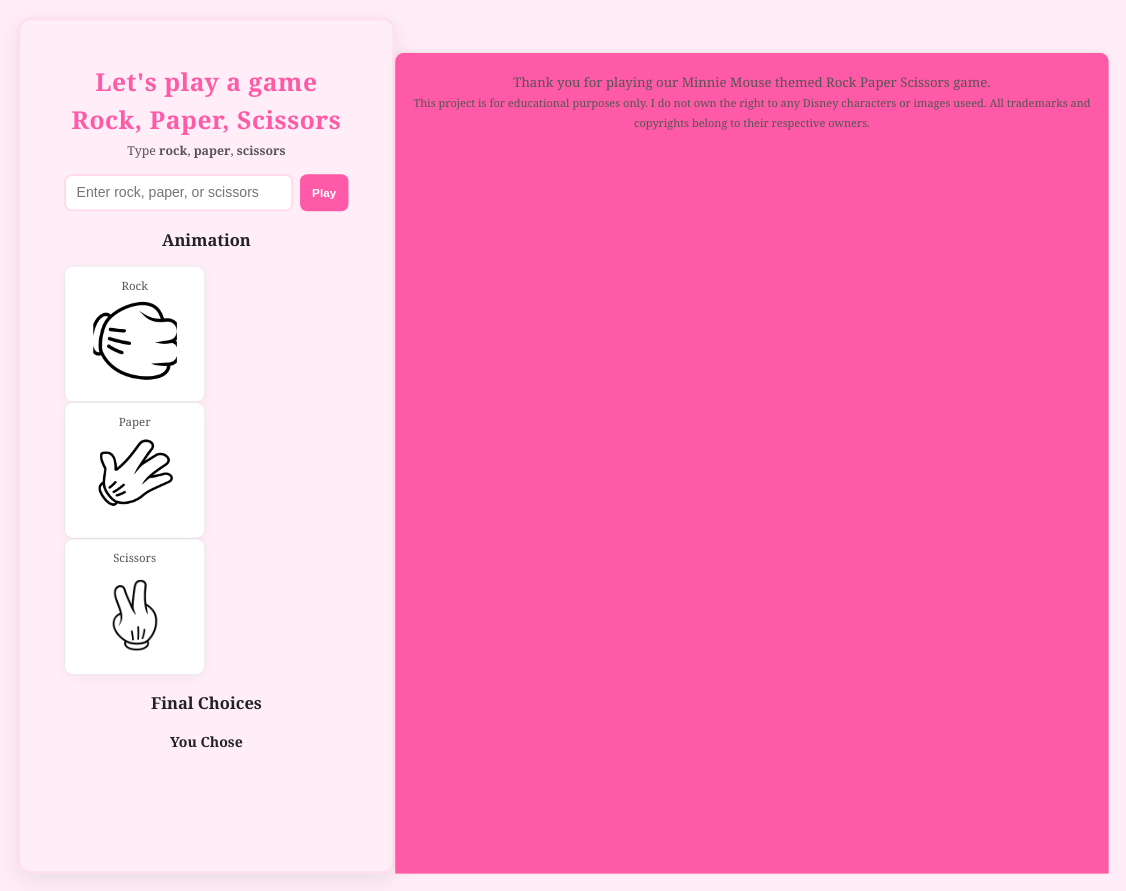
Repository: brittanyramirez/RPS-Game
Page: rps.html
An editor plug-in stored every save of this project. The page is shown before and after the next save, followed by the edit.
The browser window is 1280 px wide. The pictures show the whole page, at 88% of full size.

Above is the page before, as saved 2025-11-14 18:43:30.

### rps.html
<!DOCTYPE html>
<html lang="en">
<head>
    <meta charset="UTF-8">
    <meta name="viewport" content="width=device-width, initial-scale=1.0">
    <link rel="stylesheet" href="rps.css">
    <title>Rock Paper Scissor Game</title>

</head>
<body>
    <!-- This is the main container that holds the whole game-->
    <div class="page-center">
        <div class="container">

         <h1 class="title">Let's play a game</h1>
         <h2 class="title">Rock, Paper, Scissors</h2>

         <!--instructions-->
         <p class="subtitle"> Type <strong>rock</strong>, <strong>paper</strong>, <strong>scissors</strong></p>

         <!-- this is the input box-->
         <div class="input-row">
            <input id="userInput" type="text" placeholder="Enter rock, paper, or scissors" autocomplete="off">
            <button id="playBtn"> Play</button>
    </div>
  <!-- animation section-->
   <h3 class="section-title">Animation</h3>
   <div class="display-row">

        <!--rock image-->
        <div class="choice-block">
            <div class="label">Rock</div>
            <img id="rock" class="choice-img" src="images/rockmickey.png" alt="rock">
        </div>

        <!--paper image-->
     <div class="choice-block">
            <div class="label">Paper</div>
            <img id="paper" class="choice-img" src="images/paperminnie.png" alt="paper">
    </div>

        <!--scissors image-->
        <div class="choice-block">
            <div class="label">Scissors</div>
            <img id="scissors" class="choice-img" src="images/scissorsminnie.png" alt="scissors">
        </div>
<!--final result images-->
<h3 class="section-title">Final Choices</h3>
<div class="result-row">
    <div class="result-box">
        <h4>You Chose</h4>
        <img id="user-final-img" class="final-img" src="" alt="">
    </div>



</div> <!--end of display row-->

</div>  <!--end of container-->
</div> <!--end of page-center-->
<script src="rps.js"></script>

     <footer class="site-footer">
Thank you for playing our Minnie Mouse themed Rock Paper Scissors game. <br> <small>
    This project is for educational purposes only. I do not own the right to any Disney characters or images useed. All trademarks and copyrights belong to their respective owners.
</small>
</footer>
    </body>

</html>

### rps.css
:root{
    --bg: #fff6fb;
    --card: #ffeef8;
    --accent: #ff5aa7;
    --text: #222;
    --muted: #565454;
}
*{box-sizing:border-box}
/* asterisk= universal selector ; applying this to every element on the entire page---- changes how width and height are calculated for all elements. Prevents from elements from accidentally growing bigger
*/

body{
    margin: 0;
    font-family: Cambria, Cochin, Georgia, Times, 'Times New Roman', serif;
    background: var(--card);
    color:var(--text);
    display: block;
    min-height: 100vh;
    padding: 20px;
}

.page-center{
    display: flex;
    justify-content: center;
    width: 100%;
}
.container{
    width: 600px;
    max-width: 90%;
    background: var(--card);
    border-radius: 14px;
    padding: 50px;
    box-shadow: 0 8px 30px rgba(0,0,0,0.08);
    text-align: center;
    border: 3px solid rgba(255,90,167,0.1);
}
.title{
    margin: 0 0 6px;
    font-size: 28px;
    letter-spacing: 0.6px;
    color:var(--accent);
}

.subtitle{
    margin: 0 0 18px;
    color:var(--muted);
    font-size:14px;
}

.input-row{
    display:flex;
    gap:8px;
    justify-content: center;
    margin-bottom:18px;
}

input#userInput{
    flex:1;
    padding: 10px 12px;
    font-size:16px;
    border-radius: 8px;
    border: 2px solid #ffd8ea;
    outline:none;
    background: #fff;
}

button#playBtn{
    padding: 10px 14px;
    border-radius: 8px;
    background:var(--accent);
    color:white;
    font-weight: 600;
    border:none;
    cursor: pointer;
}

.display{
    display: flex;
    gap:18px;
    justify-content: center;
    margin-top:8px;
    flex-wrap: wrap;
}

.choice-block{
    width:160px;
    background:white;
    border-radius: 10px;
    padding: 12px;
    border: 1px solid rgba(0,0,0,0.08);
    box-shadow: 0 4px 14px rgba(0,0,0,0.04);
}

.label{
    font-size: 13px;
    color:var(--muted);
    margin-bottom: 8px;
}

.choice-img{
    width: 95px;
    height: 95px;
    object-fit: contain;
    display:block;
    margin: 0 auto 8px;
}

.choice-text{
    min-height: 20px;
    font-weight: 700;
    color:var(--text);
    font-size: 16px;
}

.hidden{
    display:none
}

.result{
    margin-top: 16px;
    font-size: 20px;
    font-weight: 700;
    color:var(--accent);
    min-height: 26px;
}

.site-footer {
    text-align: center;
    padding: 20px 0;
    font-size: 15px;
    color: var(--muted);
    background-color: #ff5aa7;
    border-top: 2px solid rgba(255,90,167,0.1);
    margin-top: 40px;
    width: 100%;
    border-radius: 10px 10px 0 0;
    box-shadow: 0 -2px 10px rgba(0,0,0,0.05);
    line-height: 1.5;
}

@keyframes shake{
    0% {transform: translateX(0); }
    25% {transform: translateX(-10px); }
    50% {transform: translateX(-10px); }
    75% {transform: translateX(-10px); }
    100% {transform: translateX(0); }
}
.shake{
    animation: shake 0.4s ease-in-out 3;
}

### rps.js
// these are the only valid inputs the user can type
const validChoices =["rock","paper", "scissors"];


const images = {
    rock: "rockmickey.png",
    paper: "paperminnie.png",
    scissors: "scissorsminnie.png"
};

//grabs input and button elements from html
const userInput = document.getElementById("userInput");
const playBtn = document.getElementById("playBtn");

// this will display the result text in the html
const resultDiv = document.createElement("div");
resultDiv.id = "result";
resultDiv.className = "result";
document.querySelector(".container").appendChild(resultDiv);



//function: randomly pick rock, paper, or scissors for the computer
function getComputerChoice() {
    const i = Math.floor(Math.random() * 3);
    return validChoices[i];
}

//function: compare choices and return the winner message
function decideWinner(user, computer){
    if (user === computer) return "It's a tie 🤷🏻‍♀️";
    if(
        (user === "rock" && computer === "scissors") ||
        (user === "paper" && computer === "rock") ||
        (user === "scissors" && computer === "paper")
    ) {
         return "You win!🎉";
    }
    return "Computer wins❌💻";
}

//main game function (runs when user clicks play)
function PlayGame(){
    //gets usere input
    const raw = userInput.value.trim().toLowerCase();

    //validate the input
    if (!validChoices.includes(raw)) {
        resultDiv.textContent = "❌Please enter rock, paper, or scissors.";
        return;
    }

    //choices
    const userChoice = raw;
    const computerChoice = getComputerChoice();

    //decide winner
    const result = decideWinner(userChoice, computerChoice);

    //display result

    resultDiv.textContent =
    `You chose: ${userChoice}| Computer chose: ${computerChoice}→${result}`;
}

//click button → play game
playBtn.addEventListener("click", PlayGame);

//press enter → play game
userInput.addEventListener("keydown", function (e){
    if (e.key === "Enter") PlayGame();
});

After the next save:
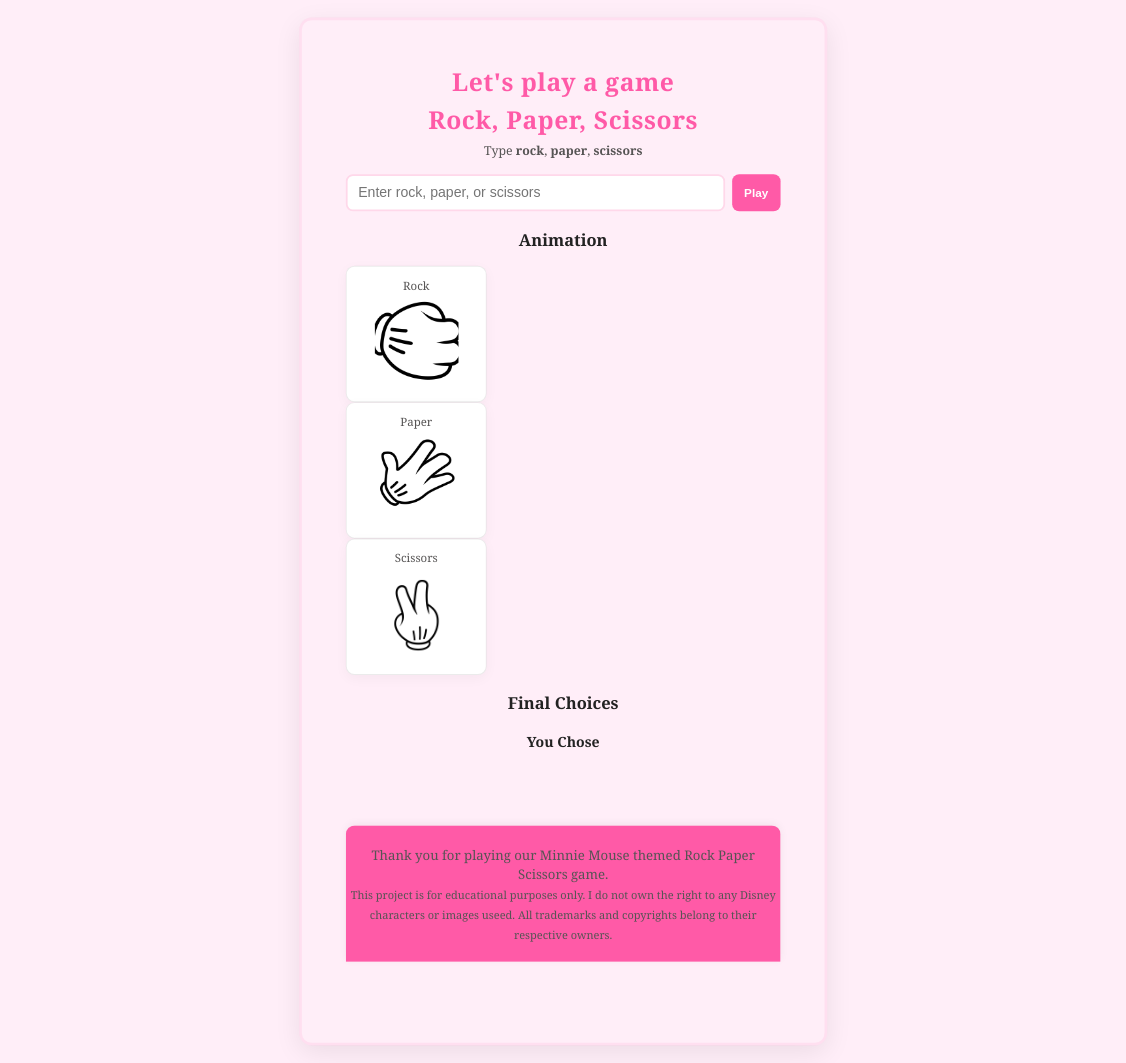
Saved 7 s later.
--- a/rps.html
+++ b/rps.html
@@ -52,7 +52,7 @@
         <img id="user-final-img" class="final-img" src="" alt="">
     </div>
 
-
+    <div class="result-box"
 
 </div> <!--end of display row-->
 

After the save that followed:
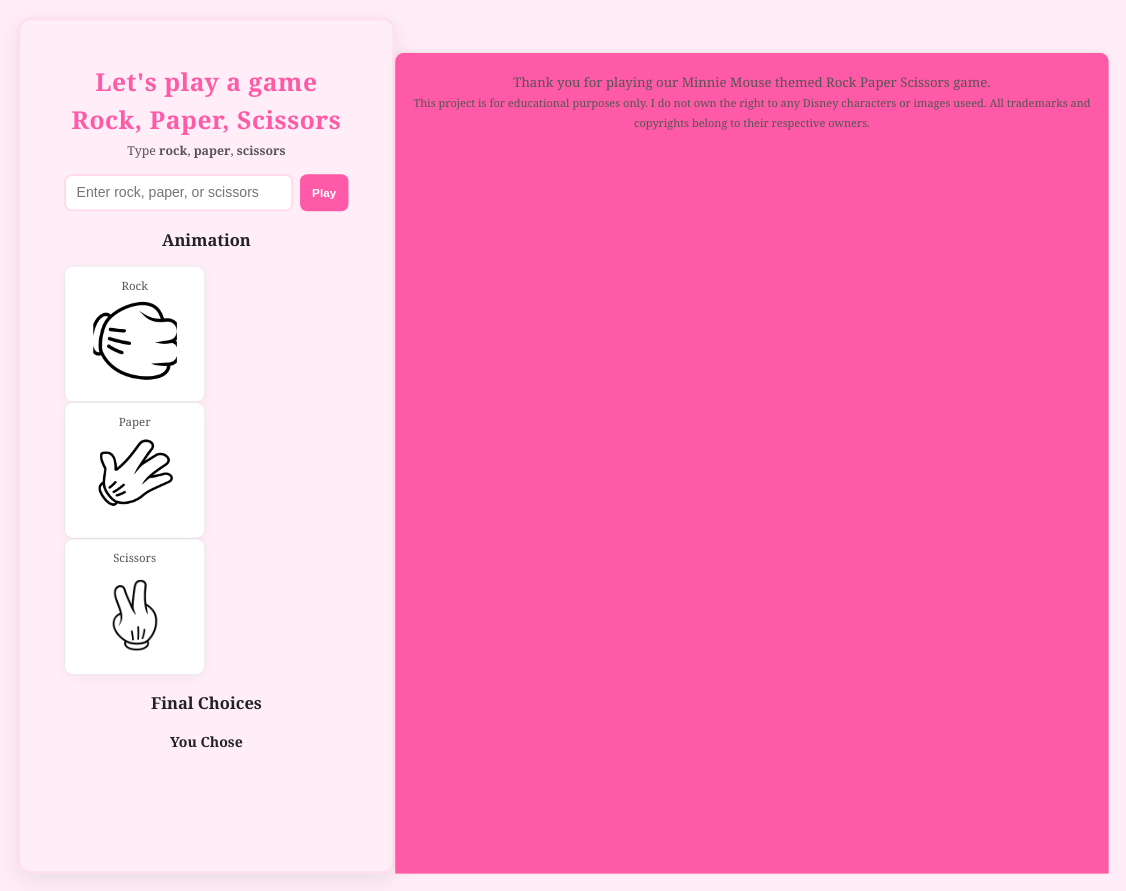
Saved 6 s later.
--- a/rps.html
+++ b/rps.html
@@ -52,7 +52,9 @@
         <img id="user-final-img" class="final-img" src="" alt="">
     </div>
 
-    <div class="result-box"
+    <div class="result-box">
+
+    </div>
 
 </div> <!--end of display row-->
 
